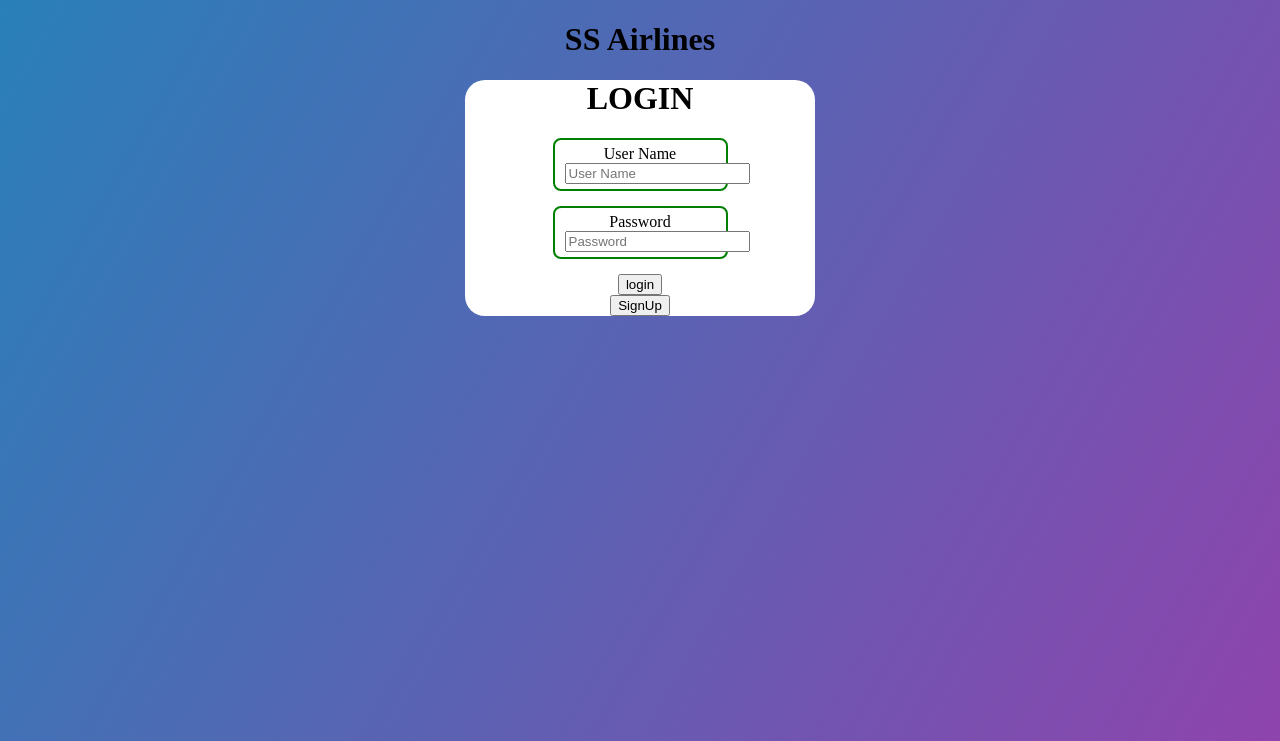
Repository: kalpesh3070/backend2
Page: http://localhost/flyaway/
These files come from the project's save history. The page is drawn as it stood at one moment and after the next save; the edit follows.
The browser window is 1280 px wide. The pictures show the whole page.
The page is served by Tomcat 9. Other server files are loaded and not shown.

Above is the page before, as saved 2022-11-13 15:57:58.

### flyaway/src/main/webapp/index.html
<!DOCTYPE html>
<html>
<head>
<meta charset="ISO-8859-1">
<title>Insert title here</title>
<link rel="stylesheet" href="index.css">
</head>
<body>
<center>
<div class="head">
<h1>SS Airlines</h1>
</div>
<div class="center">
<h1>LOGIN</h1>
<form action="loginservlet" ></form>

<div class="text_field">
<lable>User Name</lable>
<input type="text" placeholder="User Name" required>

</div>

<div class="text_field">
<lable>Password</lable>
<input type="Password" placeholder="Password" required>

</div>

<div class ="btn"><button type="submit">login</button></div>

<div class="btn"><button href="http://localhost:8080/flyaway/signup.html">SignUp</button></div>


</div>
</center>
</body>
</html>

### flyaway/src/main/webapp/index.css
@charset "ISO-8859-1";
body{
margin: 0;
padding: 0;
font-family: montserrat;
background: linear-gradient(120deg,#2980b9,#8e44ad);
height: 100vh;
overflow:hidden;
}
.center{
position:center;
top:50%;
left:50%
transform translate(-50% , -50%);
width:350px;
background: white;
border-radius: 20px;
}
.text_field{
	 width: 50%;
    font-size: 1em;
    border: 2px solid green;
    box-shadow: 1px;
    border-radius: 8px;
    padding: 5px 10px;
    box-sizing: border-box;
    margin: 5px 0px 15px;
}

After the next save:
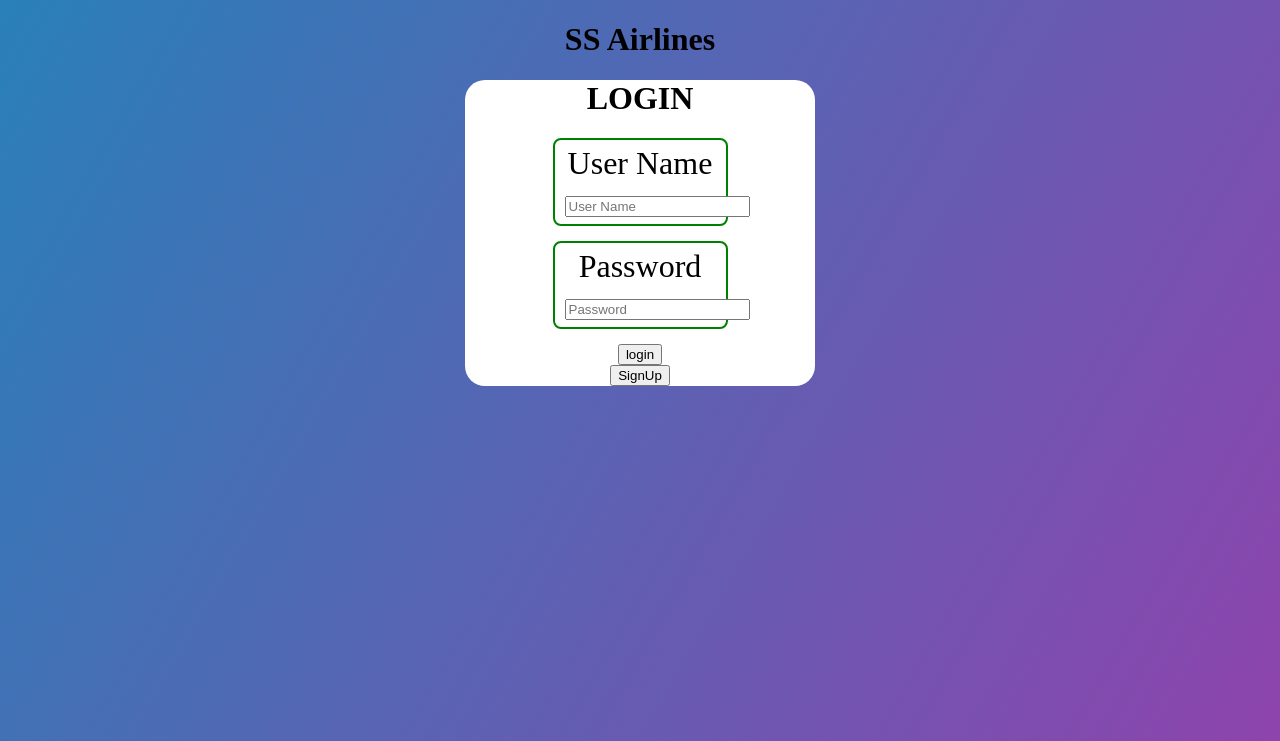
Saved 109 s later.
--- a/flyaway/src/main/webapp/index.css
+++ b/flyaway/src/main/webapp/index.css
@@ -18,7 +18,7 @@ border-radius: 20px;
 }
 .text_field{
 	 width: 50%;
-    font-size: 1em;
+    font-size: 2em;
     border: 2px solid green;
     box-shadow: 1px;
     border-radius: 8px;
